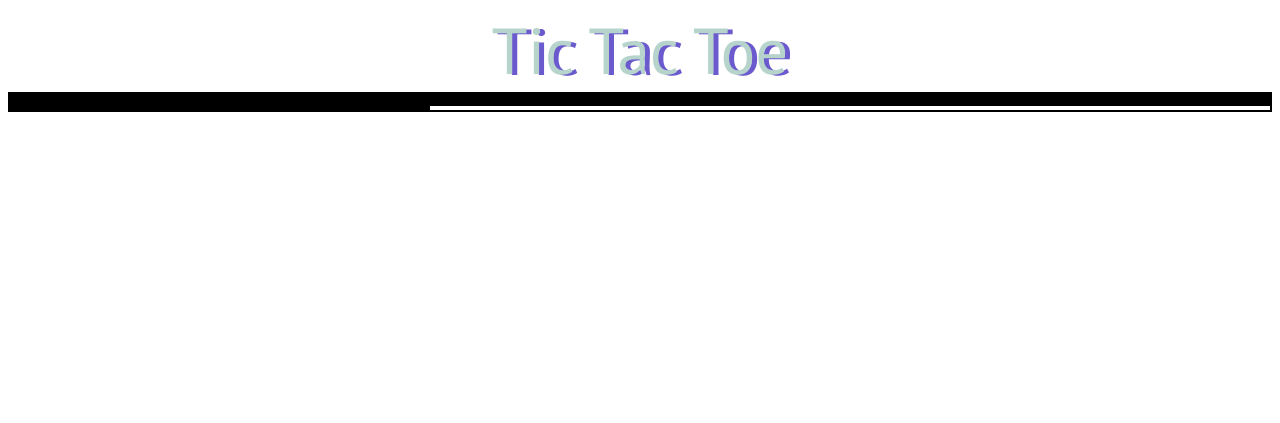
Repository: chin9/TicTacToe
Page: index.html
An editor plug-in stored every save of this project. The page is shown before and after the next save, followed by the edit.
The browser window is 1280 px wide. The pictures show the whole page.

Above is the page before, as saved 2021-05-12 13:41:18.

### index.html
<head>
    <link rel='stylesheet' href='style.css'>
</head>

<title> TicTacToe</title>

<header>Tic Tac Toe</header>


<body>
    <div class='board'>

        <div class='grid'>

        </div>

        <div class='grid'>

        </div>

        <div class='grid'>

        </div>

        <div class='grid'>

        </div>

        <div class='grid'>

        </div>

        <div class='grid'>

        </div>

        <div class='grid'>

        </div>

        <div class='grid'>

        </div>

        <div class='grid'>

        </div>

        <div class='grid'>

        </div>

    </div>
</body>

### style.css
@import url('https://fonts.googleapis.com/css2?family=PT+Sans&display=swap');


header{
    font-family: 'PT Sans', sans-serif;
    font-size: 65px;
    color: rgb(182, 212, 203);
    text-shadow: 5px 1px slateblue;
    text-align: center;
}

.board{
    display: grid;

    grid-template-columns: 1fr 1fr 1fr;
    grid-template-rows: 1fr 1fr 1fr;

    border: 2px black solid;
}

.grid{
    border: 2px black solid;
}

After the next save:
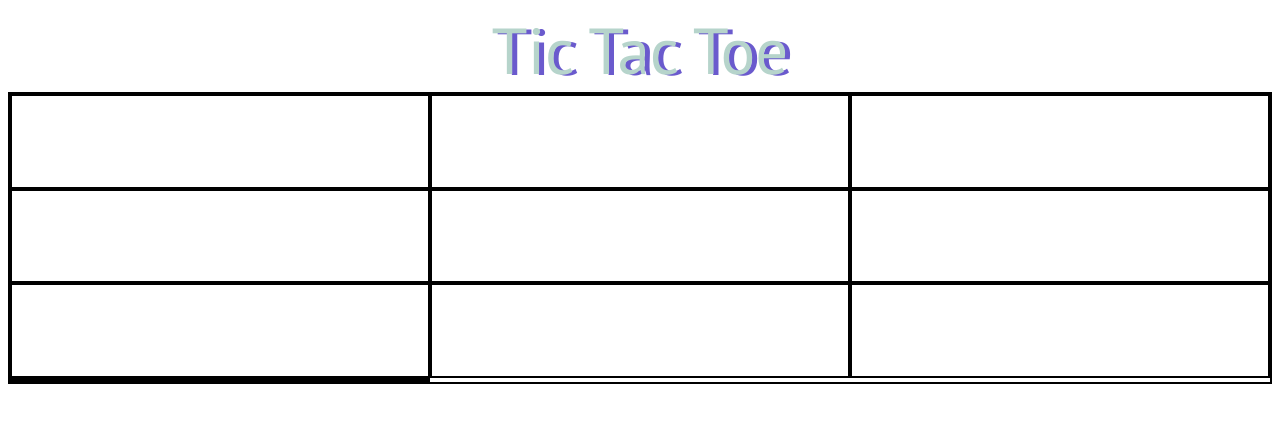
Saved 23 s later.
--- a/style.css
+++ b/style.css
@@ -10,6 +10,8 @@ header{
 }
 
 .board{
+    height: 40vh;
+
     display: grid;
 
     grid-template-columns: 1fr 1fr 1fr;
